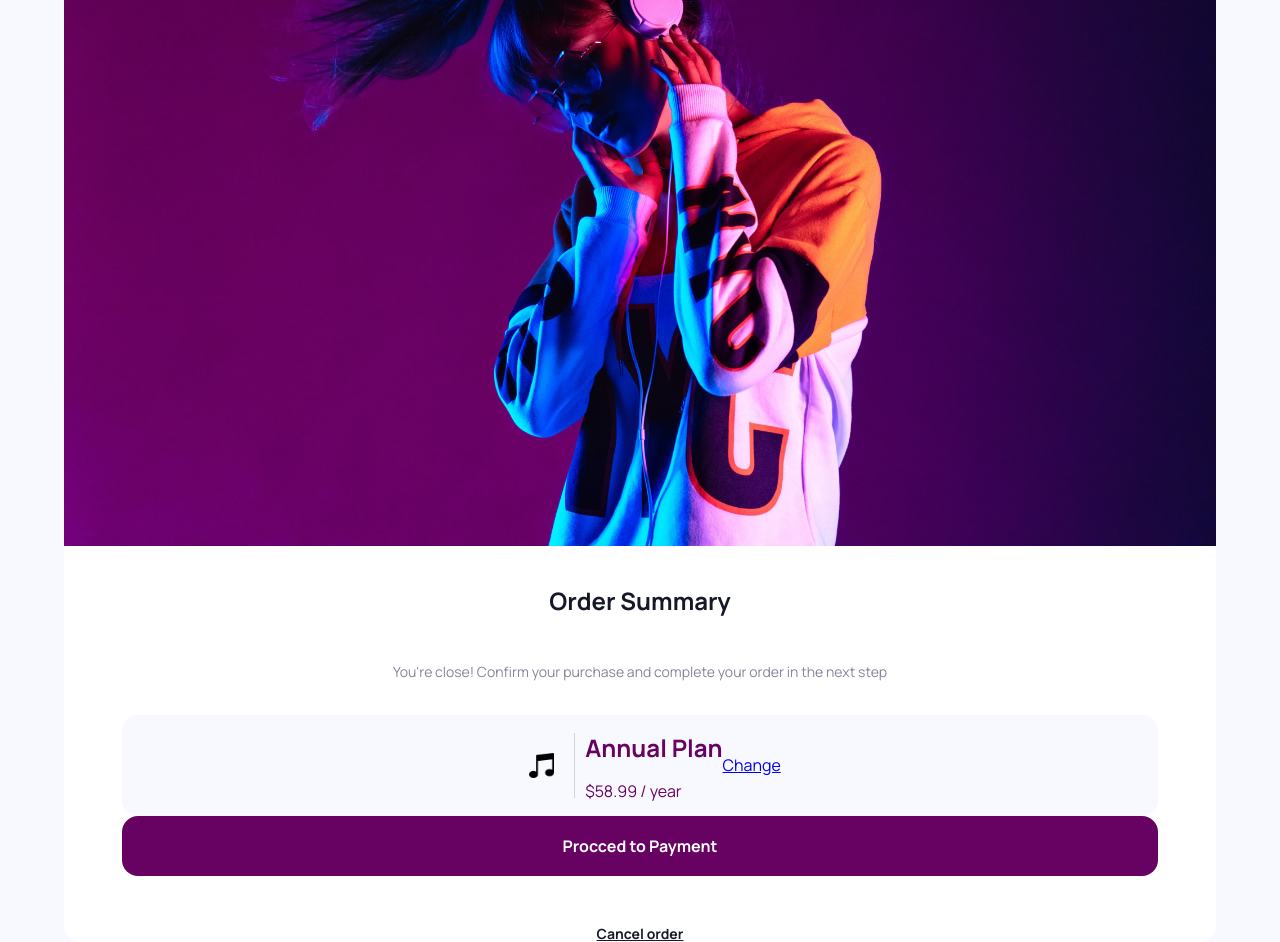
Repository: ssynowiec/INVO-Academy-solution
Page: /
The author's editor kept a copy of each file at every save. The page is drawn from the files as they stood at one save, then again after the next save.
The browser window is 1280 px wide. The pictures show the whole page.
The project was rebuilt for these pictures with package versions that can differ from the ones it lists, and the page was loaded fresh each time.

Above is the page before, as saved 2023-03-04 20:08:19.

After the next save:
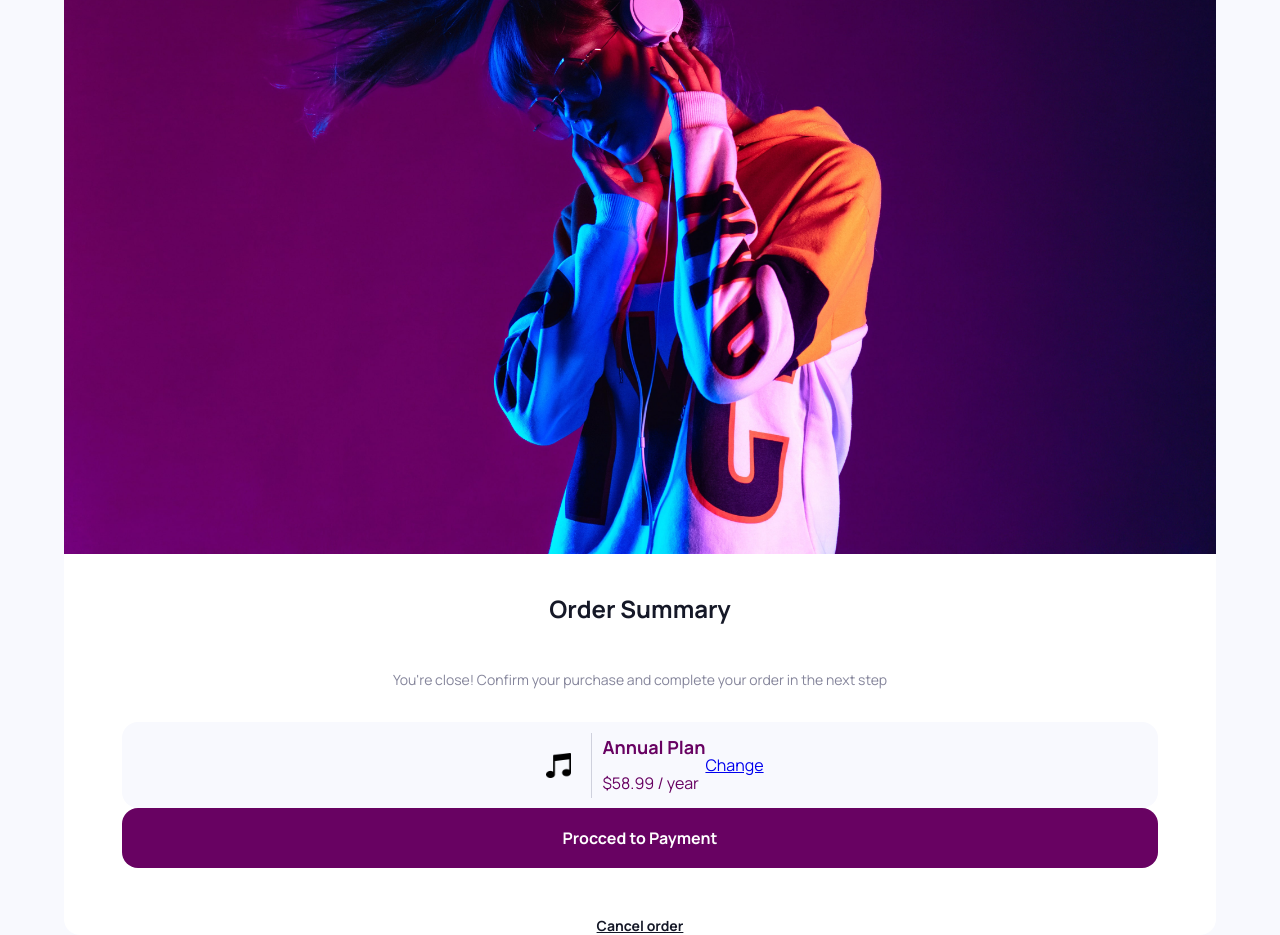
Saved 10 s later.
--- a/src/pages/home-page/styles/home-page.scss
+++ b/src/pages/home-page/styles/home-page.scss
@@ -84,6 +84,6 @@
 
 .product {
 	&-name {
-
+		font-size: 18px;
 	}
 }
